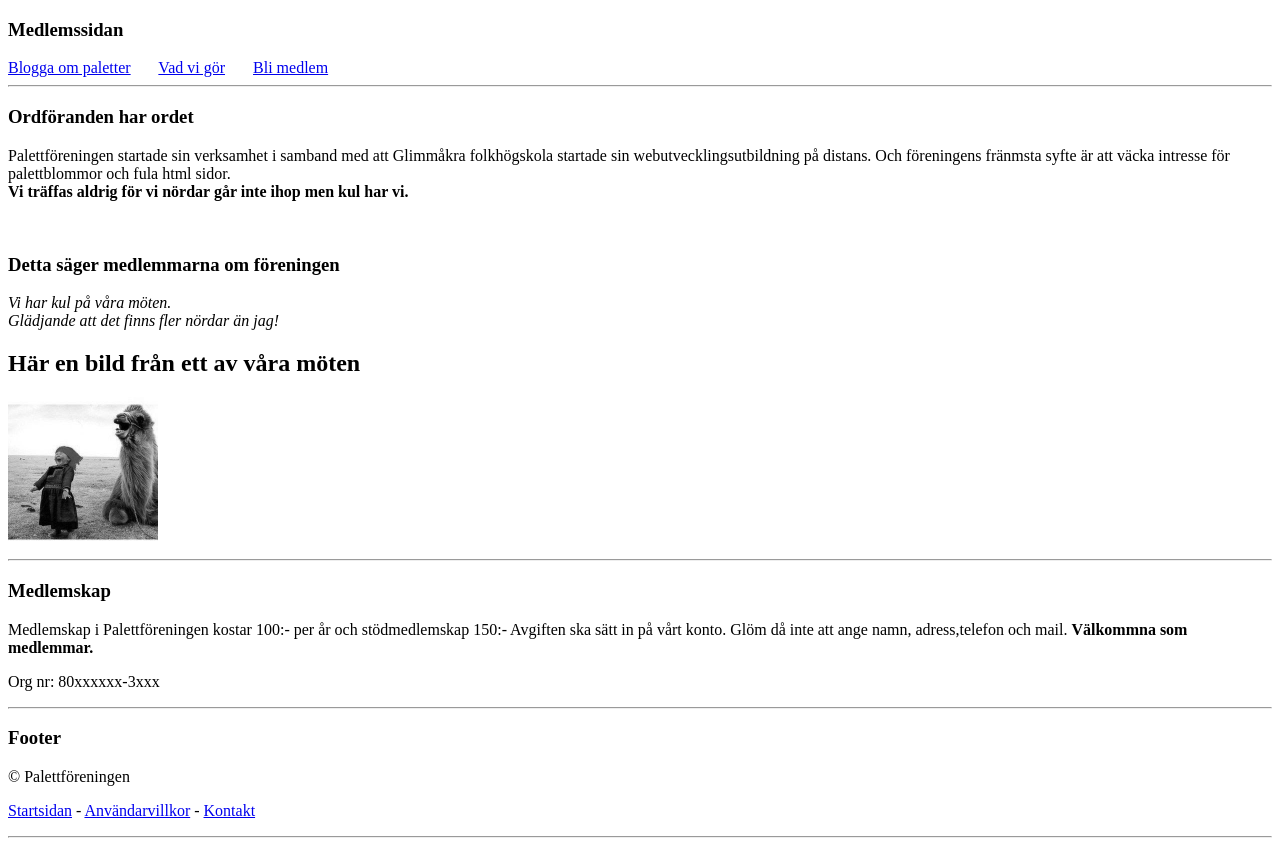
Repository: Webutveckling-20-21/Uppgift-1
Page: verksamheten.html
These files come from the project's save history. The page is drawn as it stood at one moment and after the next save; the edit follows.
The browser window is 1280 px wide. The pictures show the whole page.

Above is the page before, as saved 2021-09-08 11:00:31.

After the next save:
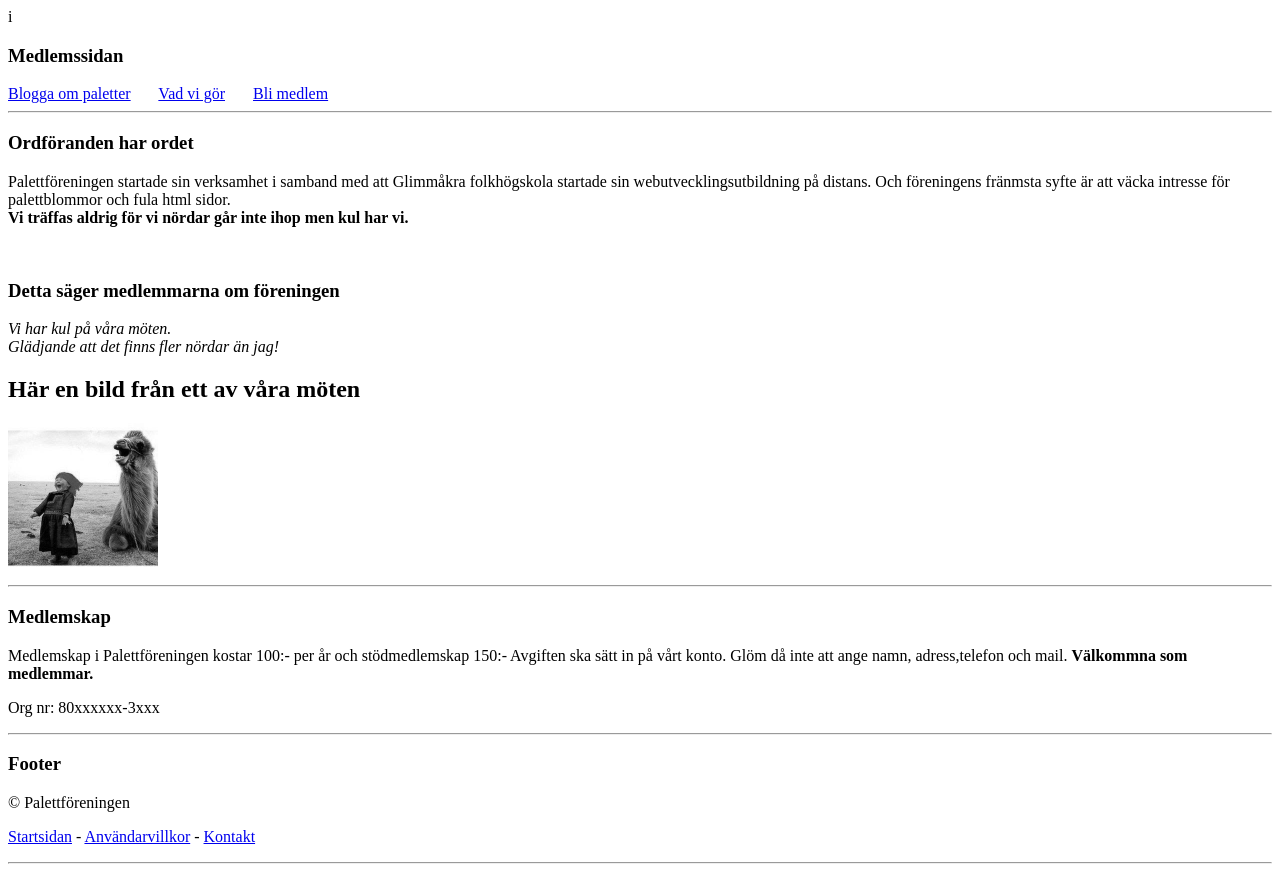
Saved 54 s later.
--- a/verksamheten.html
+++ b/verksamheten.html
@@ -11,7 +11,7 @@
 
 <body>
     <header>
-
+      i
     </header>
     <nav>
           <h3>Medlemssidan</h3>
